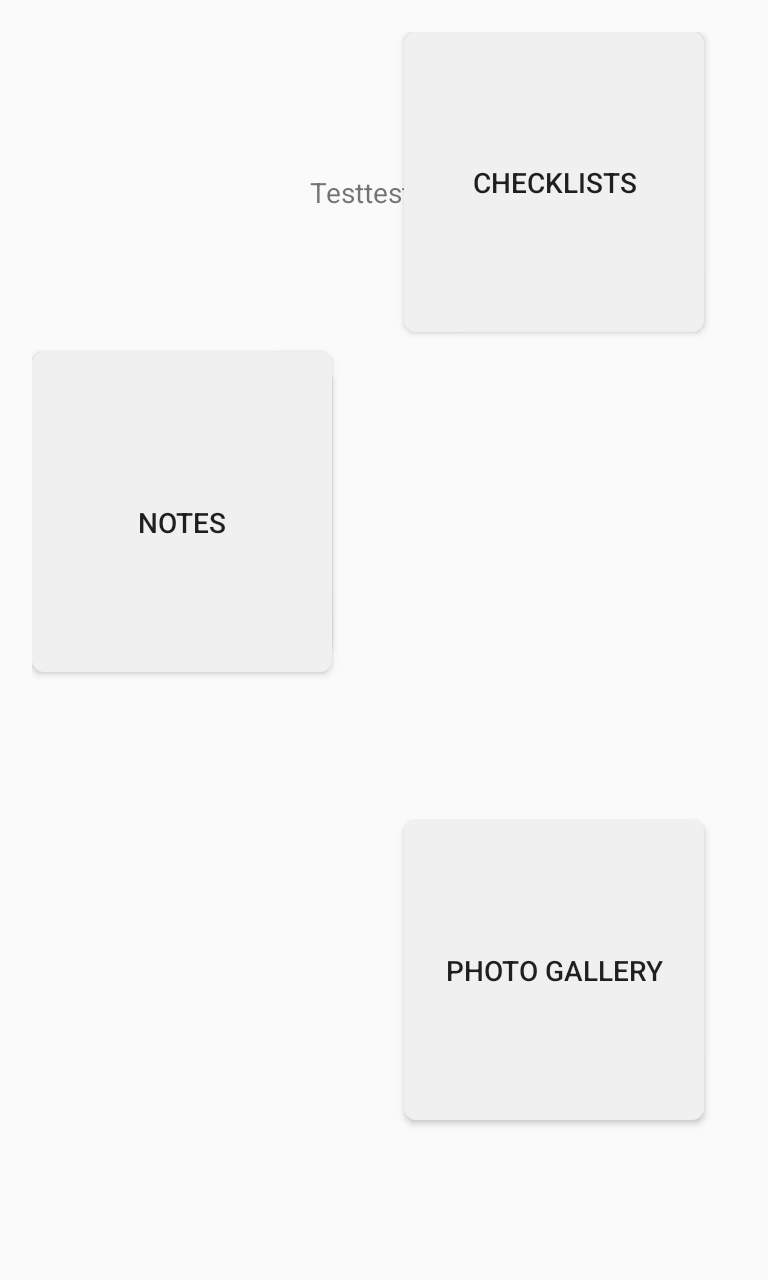
Repository: TheDizzler/shiny-octo-robot
Layout: Qdap/res/layout/fragment_categories.xml
An editor plug-in stored every save of this project. The layout is shown before and after the next save, followed by the edit.
It is drawn on a 768 x 1280 px phone screen (xhdpi) without system bars, with theme AppTheme; the app's code is not run.

Above is the layout before, as saved 2014-05-14 23:42:18.

After the next save:
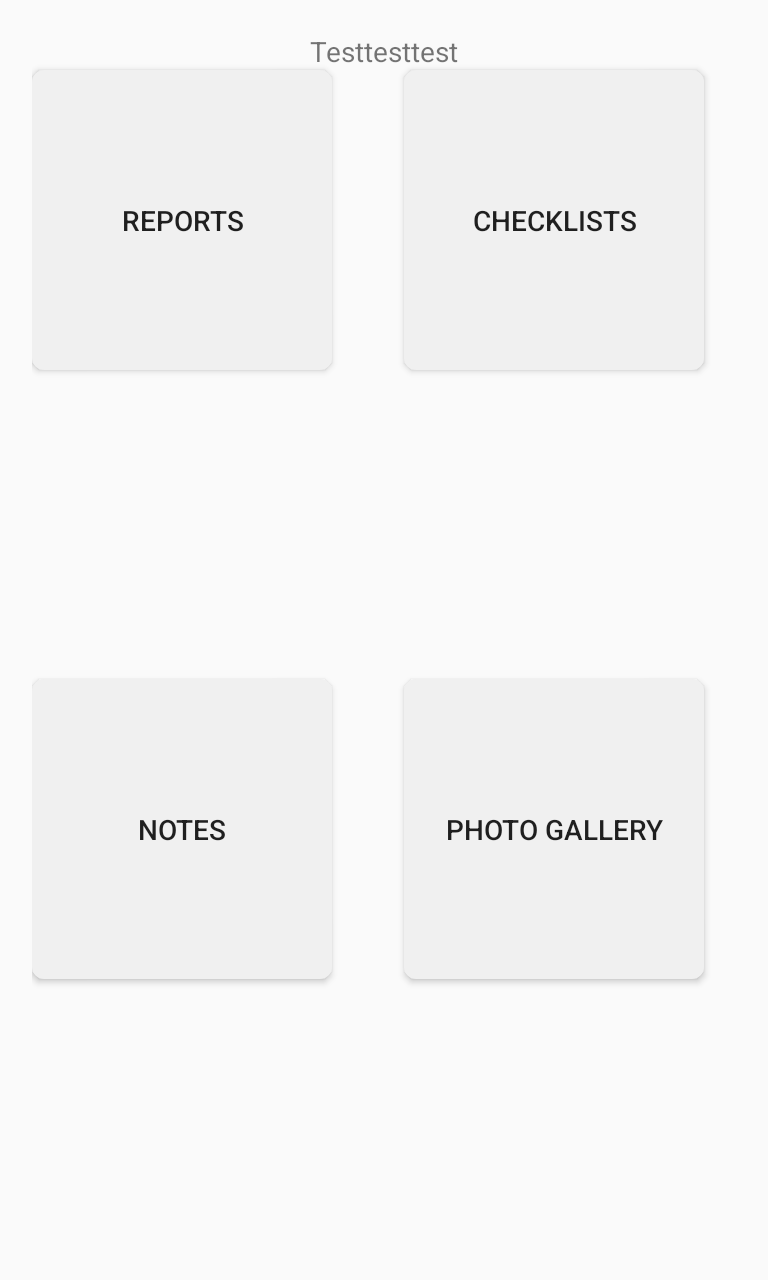
Saved 50 s later.
--- a/Qdap/res/layout/fragment_categories.xml
+++ b/Qdap/res/layout/fragment_categories.xml
@@ -44,7 +44,7 @@
         android:layout_gravity="center"
         android:layout_marginBottom="10dp"
         android:layout_marginLeft="10dp"
-        android:layout_row="0"
+        android:layout_row="1"
         android:background="@drawable/custom_button"
         android:onClick="checklists"
         android:text="@string/checklists" />
@@ -66,7 +66,7 @@
         android:layout_gravity="center"
         android:layout_marginRight="10dp"
         android:layout_marginTop="10dp"
-        android:layout_row="1"
+        android:layout_row="2"
         android:background="@drawable/custom_button"
         android:onClick="notes"
         android:text="@string/notes" />
